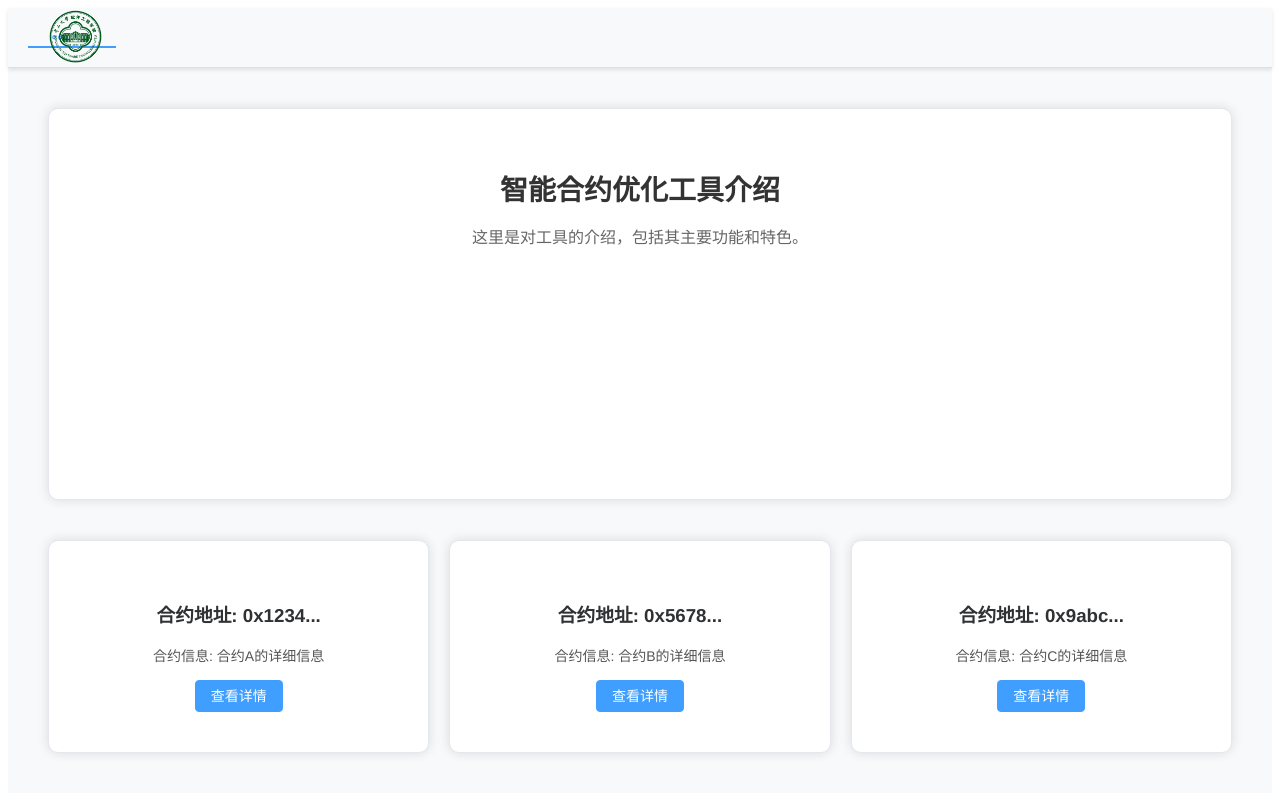
Repository: syckcoding/SmartHalo
Page: /
The author's editor kept a copy of each file at every save. The page is drawn from the files as they stood at one save, then again after the next save.
The browser window is 1280 px wide. The pictures show the whole page.
The project was rebuilt for these pictures with package versions that can differ from the ones it lists, and the page was loaded fresh each time. Also part of the build but not shown: vite.config.js, src/views/Detail.vue.

Above is the page before, as saved 2024-10-05 10:57:14.

### src/main.js
import { createApp } from 'vue';
import App from './App.vue';
import router from './router';
import ElementPlus from 'element-plus';
import 'element-plus/dist/index.css';

createApp(App).use(router).use(ElementPlus).mount('#app');

### src/App.vue
<template>
  <div id="app">
    <Navbar />
    <router-view />
  </div>
</template>

<script>
import Navbar from './components/Navbar.vue';

export default {
  components: {
    Navbar,
  },
};
</script>

<style>
/* 样式设置 */
#app {
  font-family: Avenir, Helvetica, Arial, sans-serif;
  text-align: center;
  color: #2c3e50;
}
</style>

### src/router/index.js
import { createRouter, createWebHistory } from 'vue-router';
import Home from '../views/Home.vue';
import Detail from '../views/Detail.vue';

const routes = [
  { path: '/', name: 'Home', component: Home },
  { path: '/detail/:id', name: 'Detail', component: Detail, props: true },
];

const router = createRouter({
  history: createWebHistory(process.env.BASE_URL),
  routes,
});

export default router;

### src/components/Navbar.vue
<template>
  <el-menu :default-active="activeIndex" class="el-menu-demo" mode="horizontal">
    <el-menu-item index="0" class="logo-item">
      <img src="@/assets/intro-image.png" alt="工具LOGO" class="intro-logo" />
    </el-menu-item>
    <div class="menu-right">
      <el-menu-item index="1" @click="goToHome" class="menu-item">主页</el-menu-item>
      <el-menu-item index="2" @click="goToAddressOptimization" class="menu-item">按地址优化</el-menu-item>
      <el-menu-item index="3" @click="goToFunctionOptimization" class="menu-item">按函数优化</el-menu-item>
    </div>
  </el-menu>
</template>

<script>
export default {
  data() {
    return {
      activeIndex: '1',
    };
  },
  methods: {
    goToHome() {
      this.$router.push({ name: 'Home' });
    },
    goToAddressOptimization() {
      this.$router.push({ name: 'Detail', params: { mode: 'address' } });
    },
    goToFunctionOptimization() {
      this.$router.push({ name: 'Detail', params: { mode: 'function' } });
    },
  },
};
</script>

<style scoped>
.el-menu-demo {
  background-color: #f8f9fa;  /* 浅灰色背景，与主页阴影一致 */
  color: #333;
  padding: 15px 20px;
  display: flex;
  align-items: center;
  justify-content: space-between;
  position: relative;
  box-shadow: 0 2px 4px rgba(0, 0, 0, 0.1);  /* 浅灰色阴影效果 */
  border-bottom: 2px solid #2196f3;  /* 底部蓝色线条区分 */
}

.logo-item {
  pointer-events: none;
  position: absolute;
  left: 20px;
  z-index: 10;  /* 保证logo始终在最外层 */
}

.intro-logo {
  width: 55px;
  height: 55px;
  margin-right: 20px;
}

.menu-item {
  color: #333;
  font-size: 18px;  /* 字体稍微调大一点 */
  font-weight: bold;  /* 字体调粗一点 */
  padding: 0 20px;
  transition: color 0.3s ease;
}

.menu-item:hover {
  color: #2196f3;  /* 悬停时改变字体颜色为蓝色，增强交互性 */
}

.menu-right {
  display: flex;
  gap: 30px;
  margin-left: auto;
}
</style>

### src/views/Home.vue
<template>
    <div>
      <HomePage />
    </div>
  </template>

  <script>
  import HomePage from '../components/HomePage.vue';

  export default {
    components: {
      HomePage,
    },
  };
  </script>

  <style scoped>
  /* 可根据需要添加样式 */
  </style>

### src/components/HomePage.vue
<template>
  <div class="home">
    <el-row :gutter="20" class="intro-section">
      <el-col :span="24">
        <el-card class="intro-card">
          <h1 class="intro-title">智能合约优化工具介绍</h1>
          <p class="intro-description">这里是对工具的介绍，包括其主要功能和特色。</p>
        </el-card>
      </el-col>
    </el-row>

    <el-row :gutter="20" class="contracts">
      <el-col :span="8" v-for="contract in contracts" :key="contract.id">
        <el-card class="box-card">
          <div class="card-header">
            <h3>合约地址: {{ contract.address }}</h3>
          </div>
          <div class="card-content">
            <p>合约信息: {{ contract.info }}</p>
          </div>
          <div class="card-actions center-button">
            <el-button type="primary" @click="viewDetails(contract.id)">查看详情</el-button>
          </div>
        </el-card>
      </el-col>
    </el-row>
  </div>
</template>

<script>
export default {
  data() {
    return {
      contracts: [
        { id: 1, address: '0x1234...', info: '合约A的详细信息' },
        { id: 2, address: '0x5678...', info: '合约B的详细信息' },
        { id: 3, address: '0x9abc...', info: '合约C的详细信息' },
      ],
    };
  },
  methods: {
    viewDetails(contractId) {
      this.$router.push({ name: 'Detail', params: { id: contractId } });
    },
  },
};
</script>

<style scoped>
.home {
  padding: 40px;
  background-color: #f8f9fa;
}
.intro-section {
  margin-bottom: 40px;
}
.intro-card {
  padding: 20px;
  min-height: 350px;
  background-color: #ffffff;
  border-radius: 10px;
  box-shadow: 0 4px 8px rgba(0, 0, 0, 0.1);
}
.intro-title {
  font-size: 28px;
  font-weight: bold;
  color: #333;
  margin-bottom: 10px;
}
.intro-description {
  font-size: 16px;
  color: #666;
}
.contracts {
  margin-top: 20px;
}
.box-card {
  padding: 20px;
  background-color: #ffffff;
  border-radius: 10px;
  box-shadow: 0 4px 8px rgba(0, 0, 0, 0.1);
  transition: transform 0.3s ease;
}
.box-card:hover {
  transform: translateY(-5px);
}
.card-header {
  margin-bottom: 10px;
}
.card-content {
  font-size: 14px;
  color: #555;
  margin-bottom: 15px;
}
.card-actions {
  text-align: center;
  display: flex;
  justify-content: center;
  align-items: center;
}
.center-button {
  margin-top: 15px;
}
.el-button {
  background-color: #409eff;
  border-color: #409eff;
  color: #ffffff;
}
.el-button:hover {
  background-color: #66b1ff;
  border-color: #66b1ff;
}
</style>

Loaded but not shown: index.html (common file)

After the next save:
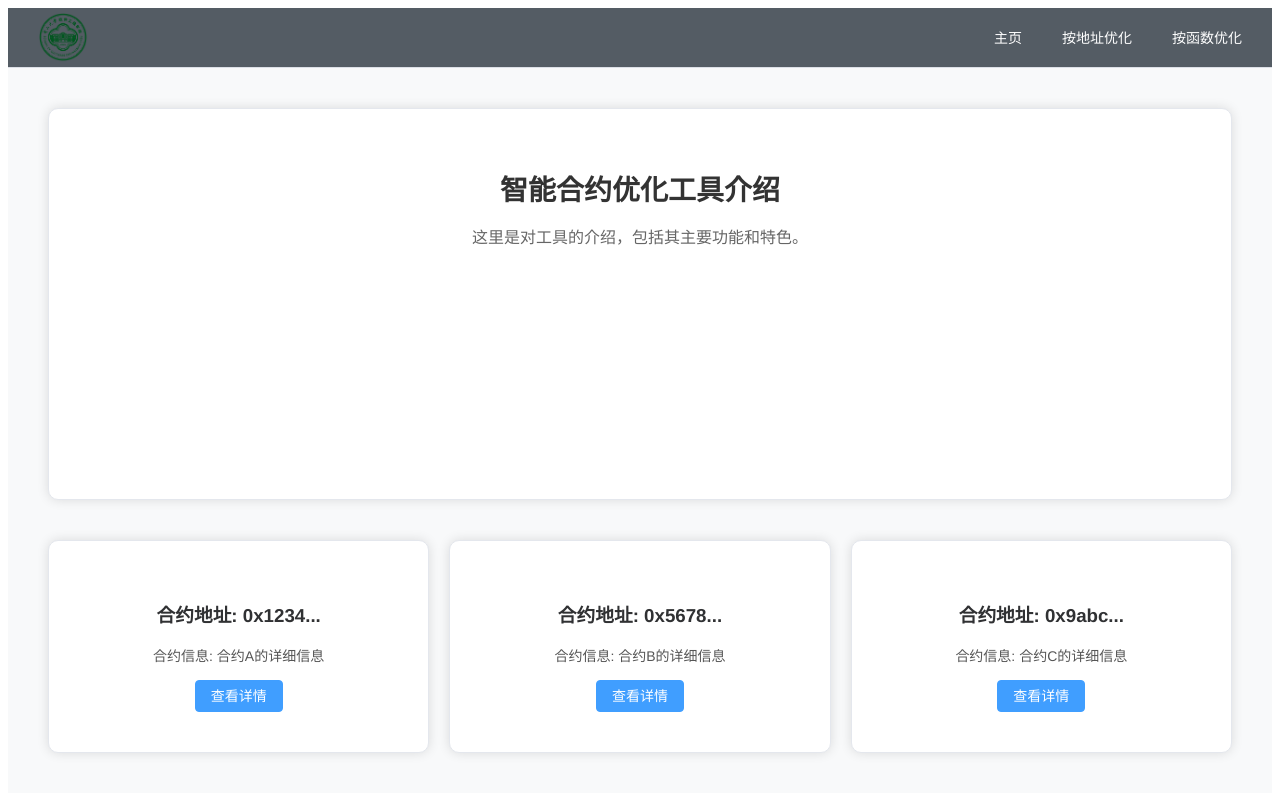
Saved 4 min 24 s later.
--- a/src/components/Navbar.vue
+++ b/src/components/Navbar.vue
@@ -4,9 +4,9 @@
       <img src="@/assets/intro-image.png" alt="工具LOGO" class="intro-logo" />
     </el-menu-item>
     <div class="menu-right">
-      <el-menu-item index="1" @click="goToHome" class="menu-item">主页</el-menu-item>
-      <el-menu-item index="2" @click="goToAddressOptimization" class="menu-item">按地址优化</el-menu-item>
-      <el-menu-item index="3" @click="goToFunctionOptimization" class="menu-item">按函数优化</el-menu-item>
+      <el-menu-item index="1" @click="goToHome">主页</el-menu-item>
+      <el-menu-item index="2" @click="goToAddressOptimization">按地址优化</el-menu-item>
+      <el-menu-item index="3" @click="goToFunctionOptimization">按函数优化</el-menu-item>
     </div>
   </el-menu>
 </template>
@@ -34,45 +34,29 @@ export default {
 
 <style scoped>
 .el-menu-demo {
-  background-color: #f8f9fa;  /* 浅灰色背景，与主页阴影一致 */
-  color: #333;
-  padding: 15px 20px;
-  display: flex;
+  background-color: #545c64;
+  color: #fff;
+  padding: 10px;
+  display: flex;  /* 使用Flex布局 */
   align-items: center;
-  justify-content: space-between;
-  position: relative;
-  box-shadow: 0 2px 4px rgba(0, 0, 0, 0.1);  /* 浅灰色阴影效果 */
-  border-bottom: 2px solid #2196f3;  /* 底部蓝色线条区分 */
+  justify-content: space-between; /* 主轴两端对齐，使左侧logo与右侧菜单分别靠边 */
 }
 
 .logo-item {
   pointer-events: none;
-  position: absolute;
-  left: 20px;
-  z-index: 10;  /* 保证logo始终在最外层 */
 }
 
 .intro-logo {
-  width: 55px;
-  height: 55px;
+  width: 50px;
+  height: 50px;
   margin-right: 20px;
 }
 
-.menu-item {
-  color: #333;
-  font-size: 18px;  /* 字体稍微调大一点 */
-  font-weight: bold;  /* 字体调粗一点 */
-  padding: 0 20px;
-  transition: color 0.3s ease;
-}
-
-.menu-item:hover {
-  color: #2196f3;  /* 悬停时改变字体颜色为蓝色，增强交互性 */
+.el-menu-demo .el-menu-item {
+  color: #fff;
 }
 
 .menu-right {
-  display: flex;
-  gap: 30px;
-  margin-left: auto;
+  display: flex;  /* 确保子元素在同一行显示 */
 }
 </style>
